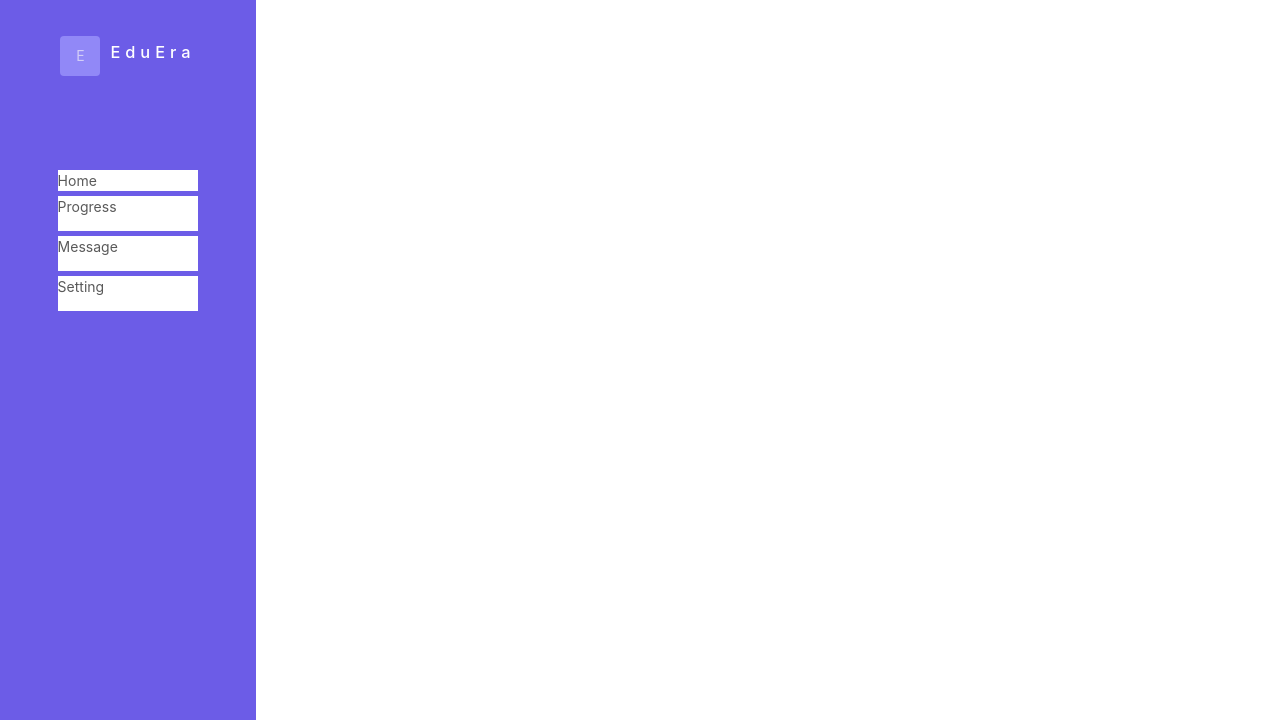
Repository: huynhnt1406/coursestorage
Page: / (app in coursestorage/)
An editor plug-in stored every save of this project. The page is shown before and after the next save, followed by the edit.
The browser window is 1280 px wide. The pictures show the whole page.
The project was rebuilt for these pictures with package versions that can differ from the ones it lists, and the page was loaded fresh each time.

Above is the page before, as saved 2021-05-01 16:09:54.

### coursestorage/src/main.js
import Vue from 'vue'
import App from './App.vue'
import 'ant-design-vue/dist/antd.css'
import Antd from 'ant-design-vue';
Vue.config.productionTip = false
Vue.use(Antd);
new Vue({
  render: h => h(App),
}).$mount('#app')

### coursestorage/src/App.vue
<template>
  <div class="container">
    <div class="sidebar">
      <Sidebar/>
    </div>
    <div class="main">

    </div>
  </div>
</template>

<script>
import Sidebar from './components/Sidebar'
export default {
  components:{
    Sidebar
  }
}
</script>

<style>
*{
  margin:0
}
.container{
  background-color:white;
  min-height: 100vh;
  display: flex;
}
</style>

### coursestorage/src/components/Sidebar.vue
<template>
  <div class="sidebar">
      <div class="sidebar-header">
          <a-avatar shape="square" size="large" style="backgroundColor:#a29bfe ; opacity:0.7 ; marginRight:10px">E</a-avatar>
          <h3>EduEra</h3>
      </div>
      <div class="sidebar-links">
          <div class="link">
              <a-icon type="appstore"/>
              <span>Home</span>
          </div>
           <div class="link">
               <a-icon type="bar-chart" />
              <p>Progress</p>
          </div>
           <div class="link">
               <a-icon type="message" />
              <p>Message</p>
          </div>
           <div class="link">
                <a-icon type="setting" />
              <p>Setting</p>
          </div>
      </div>
  </div>
</template>

<script>
export default {

}
</script>

<style>
.sidebar{
    flex:0.2;
    background-color:#6c5ce7;
}
.sidebar-header{
    display: flex;
    align-items: center;
    padding:5vh;
    justify-content: center;
}
.sidebar-header h3{
    color:white;
    letter-spacing: 5px;
}
.sidebar-links{
    padding:8vh;
}
.link{
    display: flex;
    background-color: white;
    margin-bottom:5px;
    align-items: center;
}
.link p {
    display: flex;
    align-items: center;
    justify-content: center;
}
</style>

Loaded but not shown: coursestorage/public/index.html (common file)

After the next save:
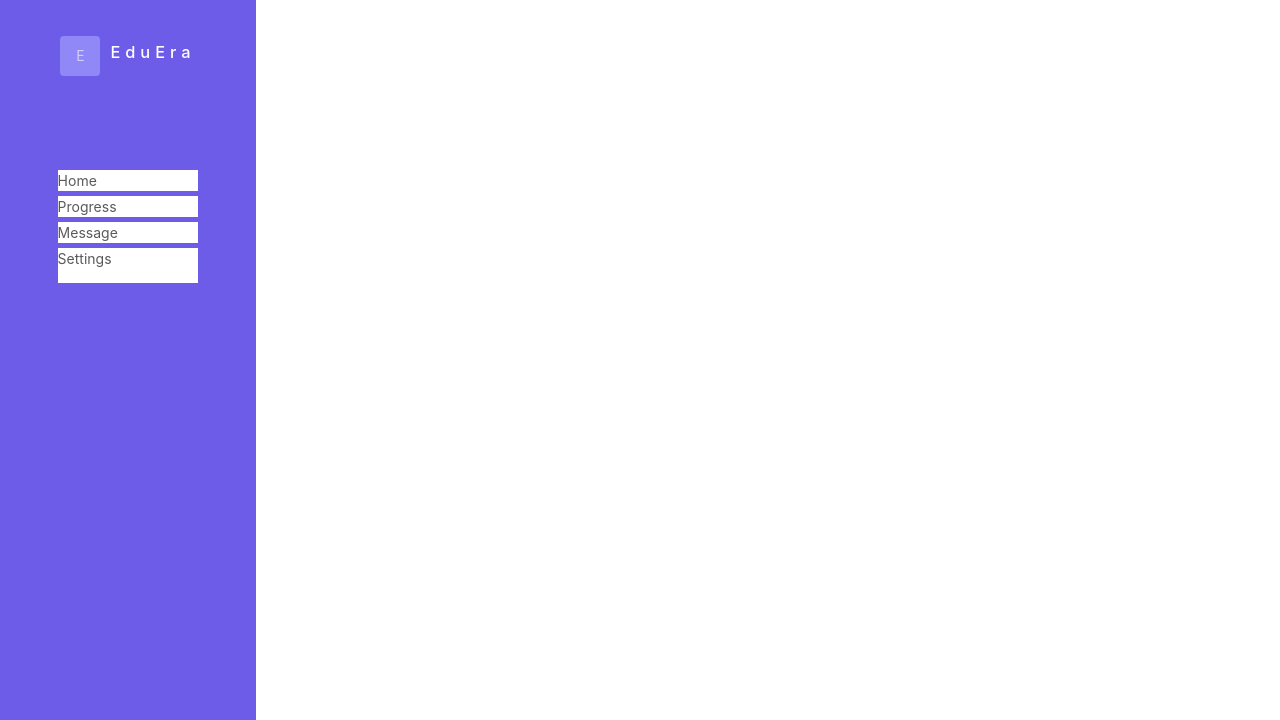
Saved 29 s later.
--- a/coursestorage/src/components/Sidebar.vue
+++ b/coursestorage/src/components/Sidebar.vue
@@ -11,15 +11,15 @@
           </div>
            <div class="link">
                <a-icon type="bar-chart" />
-              <p>Progress</p>
+              <span>Progress</span>
           </div>
            <div class="link">
                <a-icon type="message" />
-              <p>Message</p>
+                <span>Message</span>
           </div>
            <div class="link">
                 <a-icon type="setting" />
-              <p>Setting</p>
+              <p>Settings</p>
           </div>
       </div>
   </div>
